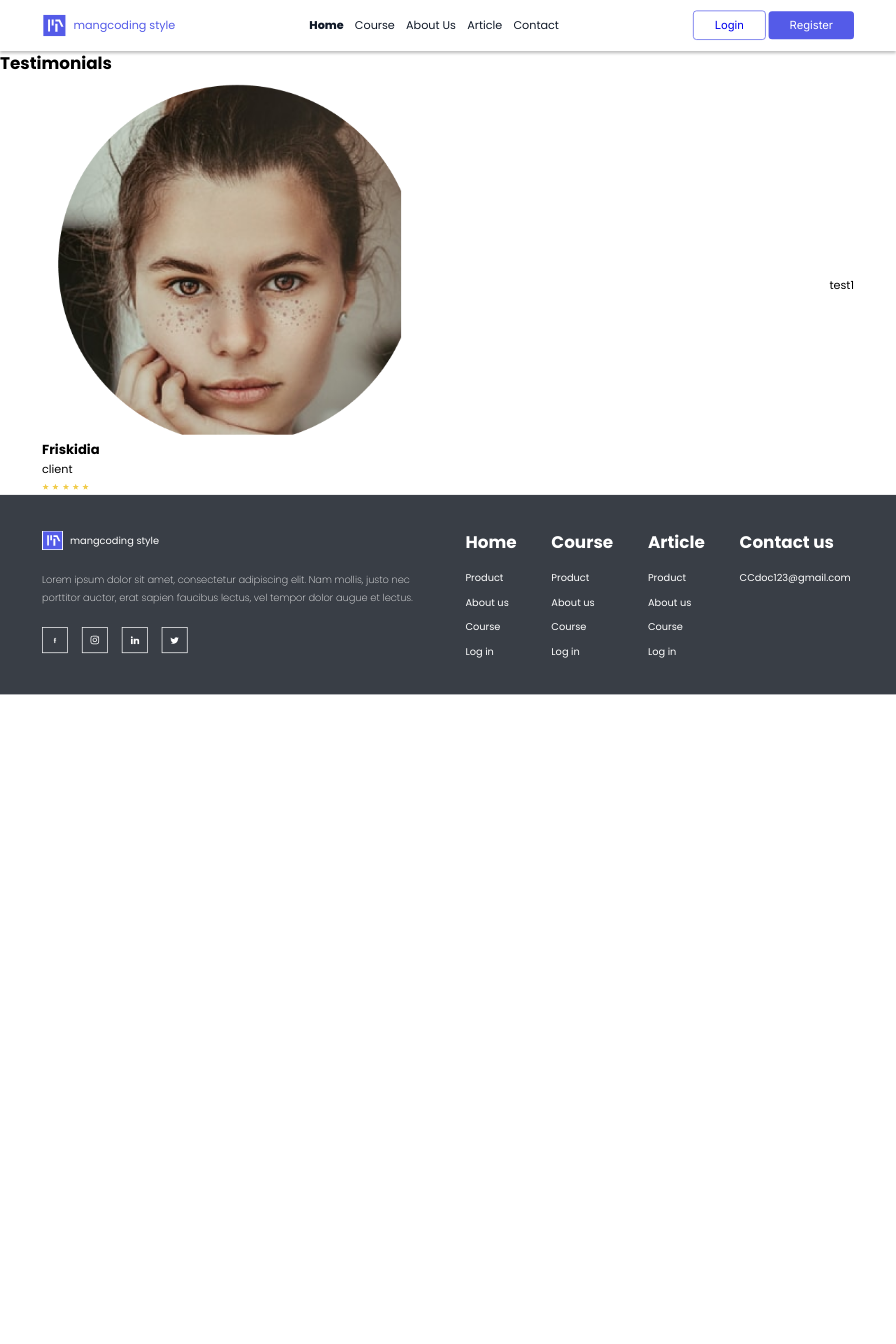
Repository: Dania-Alqam/landing-page
Page: index.html
The author's editor kept a copy of each file at every save. The page is drawn from the files as they stood at one save, then again after the next save.
The browser window is 1280 px wide. The pictures show the part of the page from y = 0 to 1920 px (the page is 5000 px tall), at 70% of full size.

Above is the page before, as saved 2024-06-22 00:56:16.

After the next save:
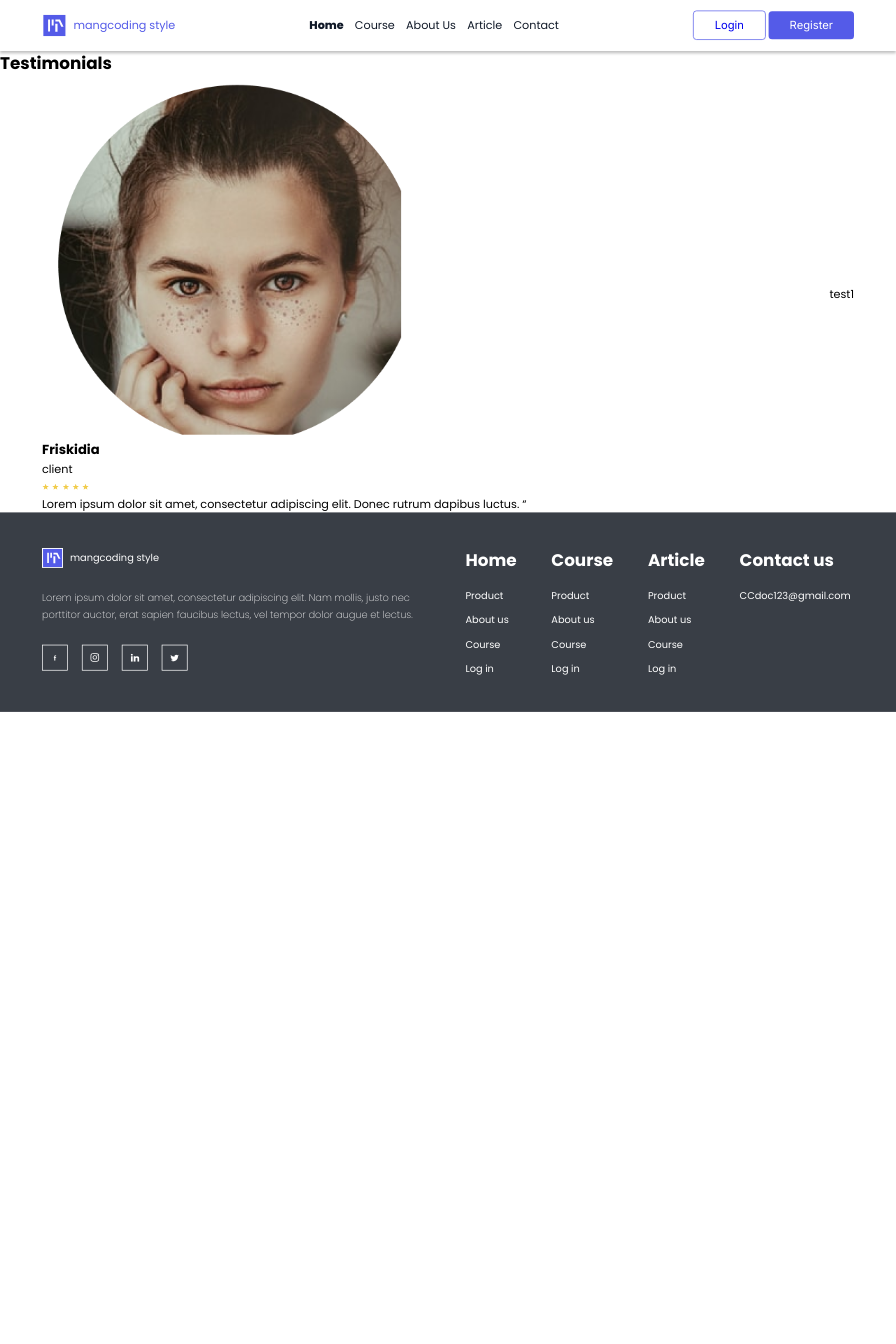
Saved 42 s later.
--- a/index.html
+++ b/index.html
@@ -66,7 +66,9 @@
                             <img src="./assests/images/public/Star.svg" alt="stars"/>
 
                         </div>
-                        <p></p>
+                        <blockquote>
+                            Lorem ipsum dolor sit amet, consectetur adipiscing elit. Donec rutrum dapibus luctus. “
+                        </blockquote>
                     </div>
                     <div class="testimonial">
                         test1
